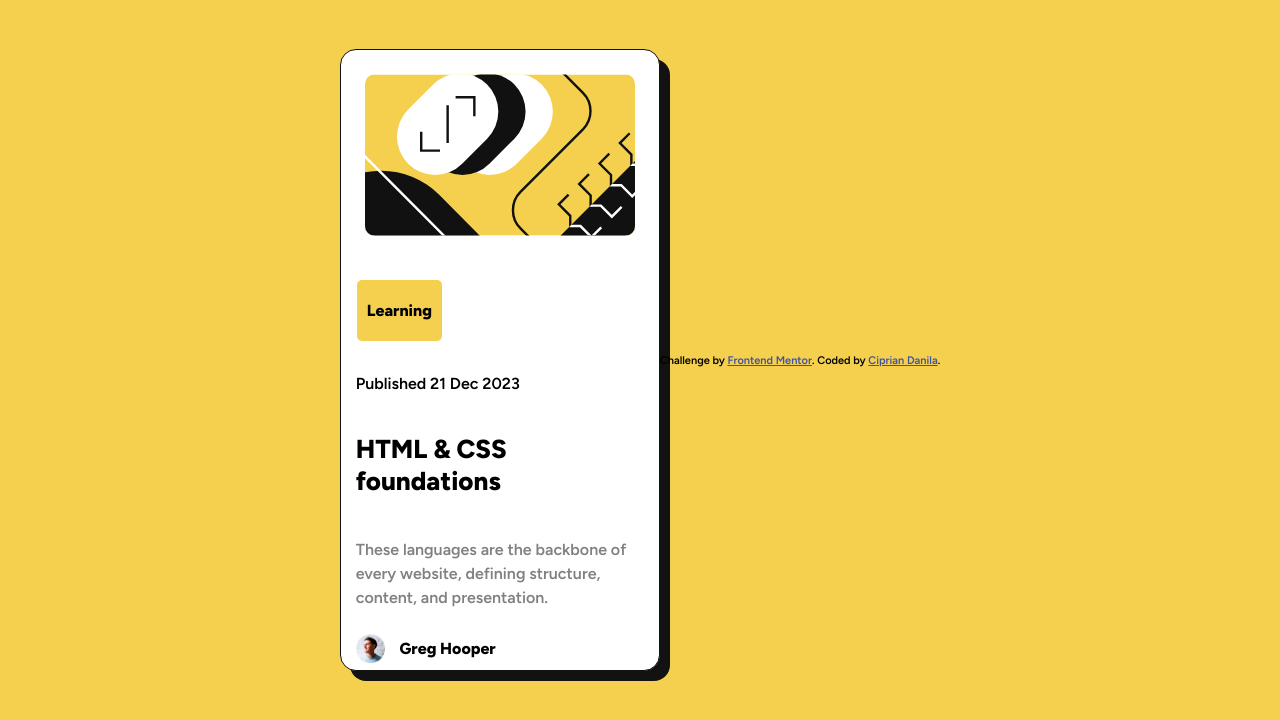
Repository: cipdanila/blog-preview-card
Page: index.html
An editor plug-in stored every save of this project. The page is shown before and after the next save, followed by the edit.
The browser window is 1280 px wide. The pictures show the whole page.

Above is the page before, as saved 2024-01-28 13:59:42.

### index.html
<!DOCTYPE html>
<html lang="en">
<head>
  <meta charset="UTF-8">
  <meta name="viewport" content="width=device-width, initial-scale=1.0"> <!-- displays site properly based on user's device -->

  <link rel="icon" type="image/png" sizes="32x32" href="./assets/images/favicon-32x32.png">
  <link rel="stylesheet" href="style.css">
  <title>Frontend Mentor | Blog preview card</title>

</head>
<body>
  <main>
    <div class="card">
      <div class="image-card">
        <img src="./assets/images/illustration-article.svg" alt="illustration article">
      </div>
      <div class="text-card">
        <div class="learning">
          <p>Learning</p>
        </div>
        <div class="publish">
          <p>Published 21 Dec 2023</p>
        </div>
        <div class="title">
          <h1>HTML & CSS foundations</h1>
        </div>
        <div class="info">
          <p>
            These languages are the backbone of every website, defining structure, content, and presentation.
          </p>
        </div>
        <div class="avatar">
          <img src="./assets/images/image-avatar.webp" alt="avatar">
          <p>Greg Hooper</p>
        </div>
      </div>
    </div>
  </main>

  <footer>
    <div class="attribution">
        Challenge by
        <a
            href="https://www.frontendmentor.io/challenges/blog-preview-card-ckPaj01IcS"
            target="_blank"
            rel="noopener noreferer"
            >Frontend Mentor</a
        >. Coded by <a href="https://github.com/cipdanila" target="_blank" rel="noopener noreferer">Ciprian Danila</a>.
    </div>
</footer>
</body>
</html>

### style.css
@import url('https://fonts.googleapis.com/css2?family=Figtree:wght@600;800&display=swap');

:root {
    /* Colors */
    /* Primary */
    --yellow: hsl(47, 88%, 63%);

    /* Neutral */
    --white: hsl(0, 0%, 100%);
    --grey: hsl(0, 0%, 50%);
    --black: hsl(0, 0%, 7%);
}

* {
    box-sizing: border-box;
}

body, html {
    margin: 0;
    padding: 0;
    height: 100%;
    display: flex;
    justify-content: center;
    align-items: center;
    font-family: 'Figtree', sans-serif;
    font-size: 1rem;
    font-weight: 600;
    background-color: var(--yellow);
}

.card {
    width: 20rem;
    border-radius: 1rem;
    border: 1px solid var(--black);
    box-shadow: 10px 10px var(--black);
    background-color: var(--white);
}

.image-card {
    text-align: center;
    padding: 1.5rem;
}

img {
    max-width: 100%;
    height: auto;
    border-radius: 0.625rem;
}

.general {
    display: flex;
    flex-direction: column;
    align-self: start;
}

.learning {
    width: fit-content;
    background-color: var(--yellow);
    margin: 1rem;
    padding: 5px 10px;
    border-radius: 5px;
    font-weight: 800;
}

.publish, .title, .info {
    width: auto;
    margin: 5px;
    padding: 1px 10px;
}

.title h1 {
    font-weight: 800;
    font-size: 1.625rem;
}

.info p {
    color: var(--grey);
    line-height: 1.5;
    font-weight: 100;
}

.avatar {
    width: auto;
    display: flex;
    align-items: center;
    margin: 5px;
    padding: 1px 10px;
}

.avatar img {
    width: 10%;
}

.avatar p {
    display: inline-block;
    margin: 5px;
    padding: 1px 10px;
    font-weight: 800;
}

.attribution {
    font-size: 11px;
    text-align: center;
}
.attribution a {
    color: hsl(228, 45%, 44%);
}

After the next save:
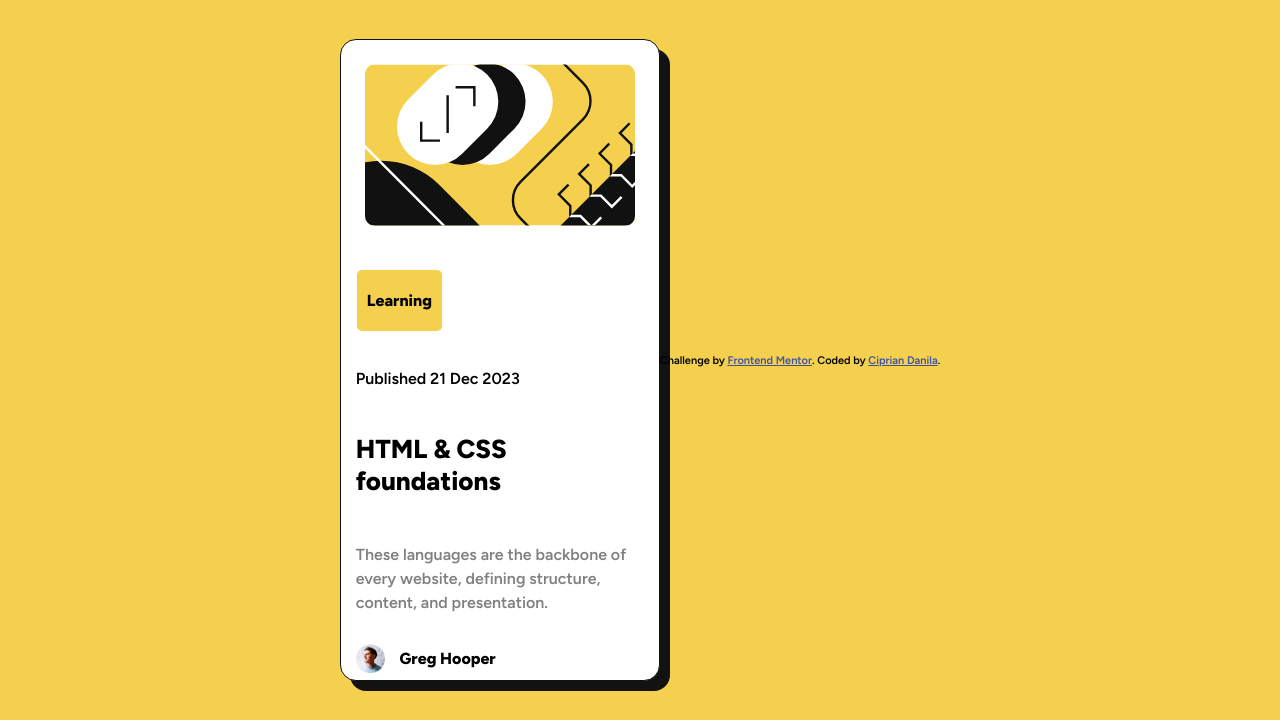
Saved 8 s later.
--- a/style.css
+++ b/style.css
@@ -47,7 +47,7 @@
     border-radius: 0.625rem;
 }
 
-.general {
+.text-card {
     display: flex;
     flex-direction: column;
     align-self: start;
